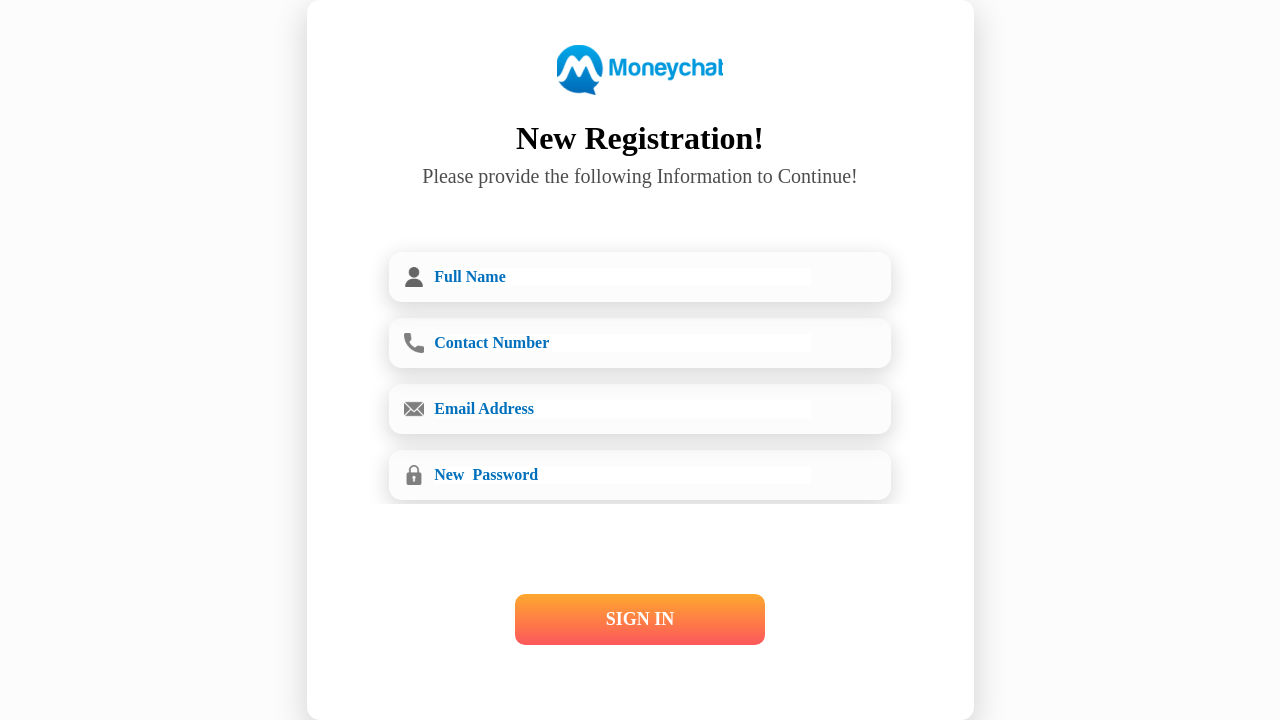
Repository: FlyweisReact/Money-Chat
Page: /register
An editor plug-in stored every save of this project. The page is shown before and after the next save, followed by the edit.
The browser window is 1280 px wide. The pictures show the whole page.
The project was rebuilt for these pictures with package versions that can differ from the ones it lists, and the page was loaded fresh each time. Also part of the build but not shown: src/forms/Login.jsx.

Above is the page before, as saved 2023-11-29 14:52:16.

### src/index.js
import React from "react";
import ReactDOM from "react-dom/client";
import "./index.css";
import App from "./App";
import { BrowserRouter } from "react-router-dom";
import 'bootstrap/dist/css/bootstrap.min.css'
// Commit Changes
const root = ReactDOM.createRoot(document.getElementById("root"));
root.render(
  <React.StrictMode>
    <BrowserRouter>
      <App />
    </BrowserRouter>
  </React.StrictMode>
);

### src/index.css
/** @format */

@tailwind base;
@tailwind components;
@tailwind utilities;

body {
  margin: 0;
  font-family: Quicksand !important;
  -webkit-font-smoothing: antialiased;
  -moz-osx-font-smoothing: grayscale;
}

code {
  font-family: Quicksand !important;
}

html {
  font-family: Quicksand !important;
}

::-webkit-scrollbar {
  width: 10px;
}
.fa-trash {
  color: red;
  cursor: pointer;
}

.iCOn {
  transition: 0.5s;
  box-shadow: none;
  transform: scale(1);
}
.cardDiv {
  cursor: pointer;
  width: 350px;
}
.CardDiv_Container {
  display: flex;
  flex-wrap: wrap;
  justify-content: center;
}

.cardDiv:hover .iCOn {
  box-shadow: rgba(0, 0, 0, 0.35) 0px 5px 15px;
  transform: scale(1.3);
}

/* Track */
::-webkit-scrollbar-track {
  background: #f1f1f1;
}

/* Handle */
::-webkit-scrollbar-thumb {
  background: #888;
}

/* Handle on hover */
::-webkit-scrollbar-thumb:hover {
  background: #555;
}
.profileImage {
  width: 100px;
}
.fa-eye {
  color: #029aff;
  cursor: pointer;
}
.fa-edit {
  cursor: pointer;
  color: blue;
}

.View {
  border: 1px solid black;
  width: 100%;
  padding: 10px;
}

.main-card--container {
  display: grid;
  grid-template-columns: repeat(3, minmax(300px, 500px));
  grid-gap: 50px;
  justify-content: space-around;
}
.card-container {
  margin: 25px 0 auto;
  box-shadow: rgba(0, 0, 0, 0.35) 0px 5px 15px;
  position: relative;
  display: grid;
  grid-template-columns: 1fr;
  justify-content: space-around;
  align-items: flex-start;
}

.myEdit:focus {
  box-shadow: rgba(0, 0, 0, 0.35) 0px 5px 15px;
}

.AstroLogin {
  color: #fff;
  background-color: #2b7a8e;
  padding: 10px;
  width: 380px;
  text-align: center;
  font-size: 20px;
  background: linear-gradient(to left, #2b7a8e 50%, #fff 50%) right;
  background-size: 200%;
  transition: 0.5s ease-out;
  border: 1px solid #2b7a8e;
  margin-top: 10px;
  text-transform: uppercase;
}
.AstroLogin:hover {
  background-position: left;
  color: #2b7a8e;
}

.EcommerceAdminLogin {
  color: #fff;
  background-color: #0c0c0c;
  padding: 10px;
  width: 380px;
  text-align: center;
  font-size: 20px;
  background: linear-gradient(to left, #0c0c0c 50%, #fff 50%) right;
  background-size: 200%;
  transition: 0.5s ease-out;
  border: 2px solid #0c0c0c;
  margin-top: 10px;
  text-transform: uppercase;
}

.EcommerceAdminLogin:hover {
  background-position: left;
  color: #0c0c0c;
  font-weight: bold;
}
.EcommerceVendorLogin {
  color: #fff;
  background-color: #576cbc;
  padding: 10px;
  width: 380px;
  text-align: center;
  font-size: 20px;
  background: linear-gradient(to left, #576cbc 50%, #fff 50%) right;
  background-size: 200%;
  transition: 0.5s ease-out;
  border: 1px solid #576cbc;
  margin-top: 10px;
  text-transform: uppercase;
}

.EcommerceVendorLogin:hover {
  background-position: left;
  color: #576cbc;
}

.view {
  background-color: #2196f3;
  color: #fff;
  width: 50%;
  padding: 5px;
}

.two-sec {
  display: flex;
  justify-content: space-evenly;
  justify-content: space-evenly;
}
.two-sec .left {
  width: 60%;
  background-color: #f6f1ef;
  padding: 20px;
}
.two-sec .left .head {
  font-size: 25px;
  font-weight: bold;
}

.two-sec .right {
  width: 30%;
  background-color: #f6f1ef;
}

.searchDiv {
  width: 100%;
  display: flex;
  gap: 10px;
  border: 1px solid rgb(179, 179, 179);
  padding: 10px;
  margin-bottom: 20px;
  align-items: center;
}
.searchDiv input {
  width: 94%;
  outline: none;
  border: none;
}

.flexCont {
  display: flex;
  align-items: center;
  gap: 10px;
}
.flexCont img {
  width: 60px;
  background-color: #e9ecef;
}

.blockContent {
  display: block;
}
.blockContent p {
  margin: 0;
}

.checkBox {
  width: 50px;
  height: 25px;
  background-color: #e9ecef;
  border-radius: 50px;
  position: relative;
  cursor: pointer;
}
.checkBox span {
  width: 20px;
  height: 20px;
  border-radius: 100%;
  background-color: #fff;
  position: absolute;
  left: 5px;
  top: 2px;
}
.ActivecheckBox {
  width: 50px;
  height: 25px;
  background-color: #0d6efd;
  border-radius: 50px;
  position: relative;
  cursor: pointer;
}
.ActivecheckBox span {
  width: 20px;
  height: 20px;
  border-radius: 100%;
  background-color: #fff;
  position: absolute;
  right: 5px;
  top: 2px;
}

.fa-eye {
  color: #0cba73;
  background-color: #d6f8e8;
  width: 35px;
  text-align: center;
  height: 35px;
  display: flex;
  border-radius: 100%;
  justify-content: center;
  padding-top: 10px;
  transition: 0.5s;
}

.fa-pen-to-square {
  color: #f4c39c;
  background-color: #ffebdb;
  width: 35px;
  text-align: center;
  height: 35px;
  display: flex;
  border-radius: 100%;
  justify-content: center;
  padding-top: 10px;
  cursor: pointer;
  transition: 0.5s;
}
.fa-trash {
  color: #df939f;
  background-color: #ffe1e8;
  width: 35px;
  text-align: center;
  height: 35px;
  display: flex;
  border-radius: 100%;
  justify-content: center;
  padding-top: 10px;
  cursor: pointer;
  transition: 0.5s;
}
.fa-trash:hover {
  transform: scale(1.2);
}
.fa-eye:hover {
  transform: scale(1.2);
}
.fa-pen-to-square:hover {
  transform: scale(1.2);
}
.required {
  color: #e74260;
}

.headP {
  /* font-weight: 600; */
  /* font-size: 25px; */
  color: #7b7c7d;
}
.filterBox {
  display: flex;
  align-items: center;
  gap: 10px;
  border-bottom: 1px solid #d4d7dc;
  padding-bottom: 20px;
  margin-bottom: 20px;
}
.filterBox img {
  width: 30px;
}
.filterBox input {
  width: 100%;
  border: 1px solid #d4d7dc;
  outline: none;
  padding: 5px;
  color: black;
  text-transform: capitalize;
}
.sectionCont {
  /* width: 98%; */
  background-color: #fff;
  /* margin-left: 2%; */
  padding: 20px;
}

.overFlowCont {
  width: 100%;
  overflow-x: auto;
}

.logo {
  width: 100px;
  margin-bottom: 20px;
}

.updateProfile {
  margin-left: 20px;
  border: 1px solid #fff;
  border-radius: 100%;
  font-size: 1.2rem;
  padding: 10px;
  transition: 0.5s;
  cursor: pointer;
}
.updateProfile:hover {
  border: 1px solid #19376d;
  color: #19376d;
  background-color: #fff;
}

.Normalbtn {
  background-color: #19376d !important;
  border: 1px solid #19376d !important;
  border-radius: 0px !important;
}

.ImageCarousel {
  width: 150px !important;
  margin: 0px !important;
  height: 150px !important;
}
.CarouselImages {
  width: 60px;
  height: auto;
}
.CarouselImages img {
  width: 100% !important;
  height: 100% !important;
}

.ModalCarousel {
  width: 100% !important;
  height: 500px !important;
}
.ModalCarousel {
  width: 100% !important;
  height: 500px !important;
}
.ModalCarousel img {
  width: 100% !important;
  height: 500px !important;
}

.gridCont {
  display: grid;
  grid-template-columns: auto auto auto;
  justify-content: space-evenly;
}
.gridCont div {
  width: 400px;
  height: 300px;
  box-shadow: rgba(0, 0, 0, 0.35) 0px 5px 15px;
  padding: 10px;
  position: relative;
  margin-top: 20px;
}
.gridCont div img {
  width: 100%;
}
.delete-Btn {
  width: 90%;
  margin-left: 2%;
  color: #c44b3f;
  border: 1px solid #c44b3f;
  position: absolute;
  bottom: 10px;
  transition: 0.5s;
  padding: 10px;
}

.delete-Btn:hover {
  background-color: #c44b3f;
  color: #fff;
}

.BannerCarousel {
  width: 300px;
  margin: 0px !important;
}
.BannerCarouselImage {
  width: 300px;
}
.BannerCarouselImage img {
  width: 100%;
}

.pagination {
  display: flex;
  justify-content: center;
  align-items: center;
  gap: 10px;
  margin-bottom: 20px;
}
.pagination button {
  border: 1px solid black;
  padding: 10px;
}

.activePage {
  background-color: #19376d;
  color: #fff;
  border: 1px solid #19376d !important;
}

.active {
  background-color: #fff;
  color: #19376d !important;
}
.prevBtn {
  background-color: #fff;
  color: #19376d;
  border: 1px solid #19376d !important;
  transition: 0.5s;
}

.prevBtn:hover,
.prevBtn:focus,
.prevBtn:active {
  background-color: #19376d;
  color: #fff;
  border: 1px solid #19376d !important;
}
.nextBtn {
  background-color: #fff;
  color: #19376d;
  border: 1px solid #19376d !important;
  transition: 0.5s;
}

.nextBtn:hover,
.nextBtn:focus,
.nextBtn:active {
  background-color: #19376d;
  color: #fff;
  border: 1px solid #19376d !important;
}

.dangerBox {
  position: relative;
}
.dangerBox i {
  position: absolute;
  top: 50%;
  left: 90%;
  transform: translate(-50%, -50%);
  cursor: pointer;
}

.centerImage {
  max-width: 300px;
}
.img-cont {
  display: flex;
  gap: 40px;
  /* justify-content: center; */
  align-items: center;
}

/* ============== user data styling =========*/

.ud2 {
  display: flex;
  justify-content: space-between;
  margin-top: 20px;
}
.ud3 {
  width: 49%;
}
.ud4 {
  width: 49%;
}

.ud4 button {
  background: #c44b3f;
  width: 50%;
  height: 40px;
  border-radius: 4px;
  border: none;
  color: #fff;
}

/* ============ single order styling ================*/

#pdfGen {
  margin: 20px;
}
#pdfGen .Heading-Container {
  display: flex;
  align-items: center;
}
#pdfGen .Heading-Container img {
  width: 100px;
}
#pdfGen .Heading-Container .content {
  width: 80%;
  text-align: center;
}
#pdfGen .Heading-Container .content h2 {
  margin: 0;
  font-weight: bold;
  font-size: 25px;
}
#pdfGen .Heading-Container .content p {
  margin: 0;
  font-size: 14px;
  font-weight: 600;
  color: #a8a1a1;
}

.two-cont {
  display: flex;
  justify-content: space-between;
  padding-top: 10px;
  gap: 20px;
}
.two-cont p {
  margin: 0;
}
.two-cont .left {
  width: 40%;
}
.two-cont .left h6 {
  font-size: 14px;
  font-weight: bold;
}
.two-cont .left .box {
  border: 2px solid black;
  width: 100%;
  padding: 8px;
}
.two-cont .left .box p {
  font-size: 15px;
}
.two-cont .left .box .strong {
  font-weight: bold;
}
.two-cont .left .box p {
  font-weight: 600;
}
.two-cont .right {
  width: 60%;
  border: 2px solid black;
  padding: 10px;
}
.two-cont .right table {
  width: 100%;
  table-layout: fixed;
}
.two-cont .right td {
  font-weight: 900 !important;
  padding: 5px;
}
.bordererd {
  border-right: 2px solid black;
}
#pdfGen .empty {
  background-color: #000;
  height: 2px;
  margin-top: 20px;
}

#pdfGen {
  min-height: 100vh;
  display: flex;
  justify-content: space-between;
  flex-direction: column;
}

#pdfGen .Table {
  width: 100%;
  margin-top: 20px;
}
#pdfGen .Table tbody tr {
  border: 1px solid black;
}
#pdfGen .Table tbody tr td {
  padding: 5px;
  padding-bottom: 10px;
}

#pdfGen .Main_Table {
  display: flex;
  justify-content: flex-end;
  align-items: center;
  padding-top: 10px;
  gap: 50px;
  align-items: center;
}
#pdfGen .Main_Table p {
  font-weight: 900;
}

#pdfGen .below_Div .four-sec {
  display: flex;
  justify-content: space-evenly;
  border-top: 2px solid black;
  border-bottom: 2px solid black;
  padding: 4px;
}
#pdfGen .below_Div .four-sec p {
  margin: 0;
  font-size: 13px;
  text-align: center;
}
#pdfGen .below_Div .four-sec .stronger {
  font-weight: bold;
}

#pdfGen .below_Div .big_Head {
  font-size: 25px;
  background-color: #85827b;
  text-align: center;
  font-weight: bold;
  color: #fff;
  padding: 0;
  margin: 0;
  padding-bottom: 10px;
}
#pdfGen .below_Div .text-cont p {
  margin: 0;
  font-weight: 700;
  font-size: 14px;
  color: #85827b;
}
#pdfGen .below_Div .text-cont {
  text-align: center;
}
#pdfGen .below_Div .text-cont h5 {
  margin: 0;
  font-weight: 900;
}

.so2 {
  width: 100%;
}

.so4 {
  display: flex;
  justify-content: space-between;
}
.so4 p {
  margin: 0;
}

.searchByDate {
  display: flex;
  align-items: center;
  gap: 10px;
  border-bottom: 1px solid #d4d7dc;
  padding-bottom: 20px;
  margin-bottom: 20px;
  flex-wrap: wrap;
  justify-content: space-between;
}
.searchByDate div {
  width: 45%;
  display: flex;
  gap: 20px;
  align-items: center;
}
.searchByDate input {
  border: 1px solid #d4d7dc;
  width: 80%;
  padding: 10px;
  outline: none;
}

.so5 {
  margin-top: 20px;
  width: 98;
  margin-left: 1%;
}

.so5 table {
  width: 100%;
}
.so5 table th,
td {
  font-size: 13px;
  font-weight: 600;
}
.so6 {
  margin-top: 40px;
  margin-left: 65%;
  width: 30%;
}

.so7 {
  display: flex;
  justify-content: space-between;
  width: 80%;
}
.so7 p {
  margin: 0;
}

.downloadBtn {
  background: #0cba73;
  height: 40px;
  color: #fff;
  border-radius: 4px;
  padding: 10px;
}

.Info_Box p {
  margin: 0;
}
.Info_Box .title {
  margin-bottom: 5px;
  font-size: 20px;
  font-weight: 700;
}
.Info_Box .desc {
  border: 1px solid #ced4da;
  padding: 10px;
  border-radius: 5px;
}

.Desc-Container p.title {
  margin-bottom: 0.5rem;
}
.Desc-Container p.desc {
  display: block;
  width: 100%;
  padding: 0.375rem 0.75rem;
  font-size: 1rem;
  font-weight: 400;
  line-height: 1.5;
  color: #212529;
  border: 1px solid #ced4da;
  border-radius: 0.375rem;
  background-color: #e9ecef;
  overflow-wrap: anywhere;
}

.Schedule_Enquiry_Modal {
  background-color: rgb(10, 72, 173);
  color: #fff;
}
.Schedule_Enquiry_Modal .close_btn {
  display: flex;
  justify-content: space-between;
  align-items: center;
}
.Schedule_Enquiry_Modal .close_btn h4 {
  margin: 0;
}
.Schedule_Enquiry_Modal .close_btn i {
  font-size: 20px;
  cursor: pointer;
}

.searchByDate select {
  border: 1px solid #d4d7dc;
  padding: 10px;
  outline: none;
}

/*Chat  */
.chat {
  display: flex;
  gap: 40px;
  align-items: flex-start;
}
.chat .sidebar {
  flex: 0 0 30%;
  max-width: 30%;
  border: 1px solid #ddd;
}
.chat .menu-list .container {
  display: flex;
  gap: 10px;
  align-items: center;
  cursor: pointer;
  border-top: 1px solid #ddd;
  height: 72px;
}
.chat .menu-list .container:hover {
  background-color: #f0f2f5;
}
.chat .menu-list .container.active {
  background-color: #f0f2f5;
}
.chat .menu-list .container:first-child {
  border: none;
}
.chat .menu-list .container img {
  width: 49px;
  height: 49px;
  border-radius: 100%;
  vertical-align: middle;
}
.chat .menu-list .container p {
  font-size: 20px;
  font-weight: 700;
  margin: 0;
  padding-right: 15px;
}

.chat .content {
  flex: 70%;
  max-width: 70%;
}
.chat .chat-box {
  border: 1px solid #ddd;
  padding: 20px;
}
.chat .chat-box .ttt {
  max-height: 500px;
  overflow-y: scroll;
  padding: 20px;
}
.chat .chat-box .img-container {
  display: flex;
  gap: 10px;
  align-items: center;
  cursor: pointer;
  margin-top: 10px;
}
.chat .chat-box .img-container img {
  width: 30px;
  height: 30px;
  border-radius: 100%;
  vertical-align: middle;
}
.chat .chat-box .img-container span {
  font-size: 12px;
  font-weight: 700;
  margin: 0;
}
.chat .chat-box .img-container span .date {
  margin-left: 10px;
}

.chat .chat-box .text {
  font-size: 16px;
  margin: 0;
  padding-top: 10px;
  width: 100%;
}

.chat .chat-box .right {
  display: flex;
  flex-direction: column;
  gap: 5px;
  text-align: right;
}
.chat .chat-box .right .img-container {
  flex-direction: row-reverse;
}

.chat .chat-box .send_button {
  display: flex;
  gap: 20px;
  align-items: center;
  margin-top: 20px;
}

.chat .chat-box .send_button button {
  width: 150px;
  background-color: #1a949f;
  padding: 10px;
  color: #fff;
}
.chat .chat-box .send_button input {
  width: 100%;
  outline: none;
  border: 1px solid #000;
  padding: 10px;
  border-radius: 5px;
}

/* New Code */
.Login_screen {
  background: linear-gradient(
      0deg,
      rgba(238, 238, 238, 0.2) 0%,
      rgba(238, 238, 238, 0.2) 100%
    ),
    #fff;
  display: flex;
  flex-direction: column;
  justify-content: center;
  align-items: center;
  width: 100%;
  height: 100vh;
}
.Login_screen .Login_Container {
  max-width: 667px;
  max-height: 785px;
  width: 100%;
  height: 100%;
  border-radius: 13px;
  background: #fff;
  box-shadow: 0px 10px 30px 3px rgba(0, 0, 0, 0.15);
  padding: 20px;
  padding-bottom: 50px;
  display: flex;
  flex-direction: column;
  justify-content: center;
}
.Login_screen .Login_Container .logo {
  display: block;
  margin: auto;
  width: 166px;
}
.Login_screen .Login_Container .description h6 {
  color: #000;
  text-align: center;
  font-size: 32px;
  font-style: normal;
  font-weight: 700;
  line-height: normal;
}

.Login_screen .Login_Container .description p {
  color: rgba(0, 0, 0, 0.7);
  text-align: center;
  font-size: 20px;
  font-style: normal;
  font-weight: 400;
  line-height: normal;
}

.Login_Container .input_container{
  margin-bottom: 50px;
  max-height: 300px;
  overflow-y: scroll;
}
.Login_Container .input_group {
  display: flex;
  gap: 10px;
  align-items: center;
  border-radius: 13px;
  background: rgba(238, 238, 238, 0.2);
  box-shadow: 0px 6px 20px 2px rgba(0, 0, 0, 0.15);
  padding: 15px;
  width: 80%;
  margin: auto;
}
.Login_Container .input_group img {
  width: 20px;
}
.Login_Container .input_group input {
  outline: none;
  border: none;
  color: #0070bc;
  font-size: 16px;
  font-style: normal;
  font-weight: 500;
  line-height: normal;
  font-weight: 600;
  width: 80%;
}
.Login_Container .input_group input::placeholder {
  color: #0070bc;
  font-weight: 600;
}

.Login_Container .login_btn {
  max-width: 250px;
  width: 100%;
  display: block;
  margin: auto;
  margin-top: 40px;
  color: #fff;
  text-align: center;
  font-size: 18px;
  font-style: normal;
  font-weight: 600;
  line-height: normal;
  border-radius: 10px;
  background: linear-gradient(180deg, #fea82f 0%, #fd575b 100%);
  padding: 15px;
}

.Login_Container .create_new {
  display: flex;
  justify-content: center;
  gap: 20px;
  align-items: center;
  margin-top: 50px;
}

.Login_Container .create_new .item {
  display: flex;
  gap: 10px;
  align-items: center;
  width: 300px;
  justify-content: center;
}
.Login_Container .create_new .item img {
  width: 20px;
}
.Login_Container .create_new .item span {
  color: rgba(0, 0, 0, 0.7);
  text-align: center;
  font-size: 16px;
  font-style: normal;
  font-weight: 600;
  line-height: normal;
}

.Login_Container .create_new .item:first-child {
  border-right: 2px solid #000;
  padding-right: 10px;
}

.Login_Container a{
  text-decoration: none;
}

### src/App.js
/** @format */

import { Routes, Route } from "react-router-dom";
import { ToastContainer } from "react-toastify";
import "react-toastify/dist/ReactToastify.css";
import Login from "./forms/Login";
import Regestration from "./forms/Regestration";

function App() {
  return (
    <>
      <ToastContainer
        autoClose={5000}
        hideProgressBar={false}
        newestOnTop={false}
        closeOnClick
        rtl={false}
        pauseOnFocusLoss
        draggable
        pauseOnHover
      />

      <Routes>
        <Route path="/" element={<Login />} />
        <Route path="/register" element={<Regestration />} />
      </Routes>
    </>
  );
}

export default App;

### src/forms/Regestration.js
/** @format */

import { Link } from "react-router-dom";
import logo from "../Images/logo.png";

const Regestration = () => {
  return (
    <div className="Login_screen">
      <form className="Login_Container ">
        <img src={logo} alt="" className="logo" />

        <div className="description">
          <h6>New Registration! </h6>
          <p>Please provide the following Information to Continue!</p>
        </div>

        <div className="input_container">
          <div className="input_group mt-5">
            <img src="./Image/1.png" alt="" />
            <input type="text" placeholder="Full Name" />
          </div>
          <div className="input_group mt-3">
            <img src="./Image/5.png" alt="" />
            <input type="text" placeholder="Contact Number" />
          </div>
          <div className="input_group mt-3">
            <img src="./Image/6.png" alt="" />
            <input type="text" placeholder="Email Address" />
          </div>
          <div className="input_group mt-3">
            <img src="./Image/7.png" alt="" />
            <input type="text" placeholder="New  Password" />
          </div>
          <div className="input_group mt-3">
            <img src="./Image/8.png" alt="" />
            <input type="text" placeholder="Re - Enter Password" />
          </div>
        </div>

        <button className="login_btn">SIGN IN</button>
      </form>
    </div>
  );
};

export default Regestration;

Loaded but not shown: tailwind.config.js (common file)

After the next save:
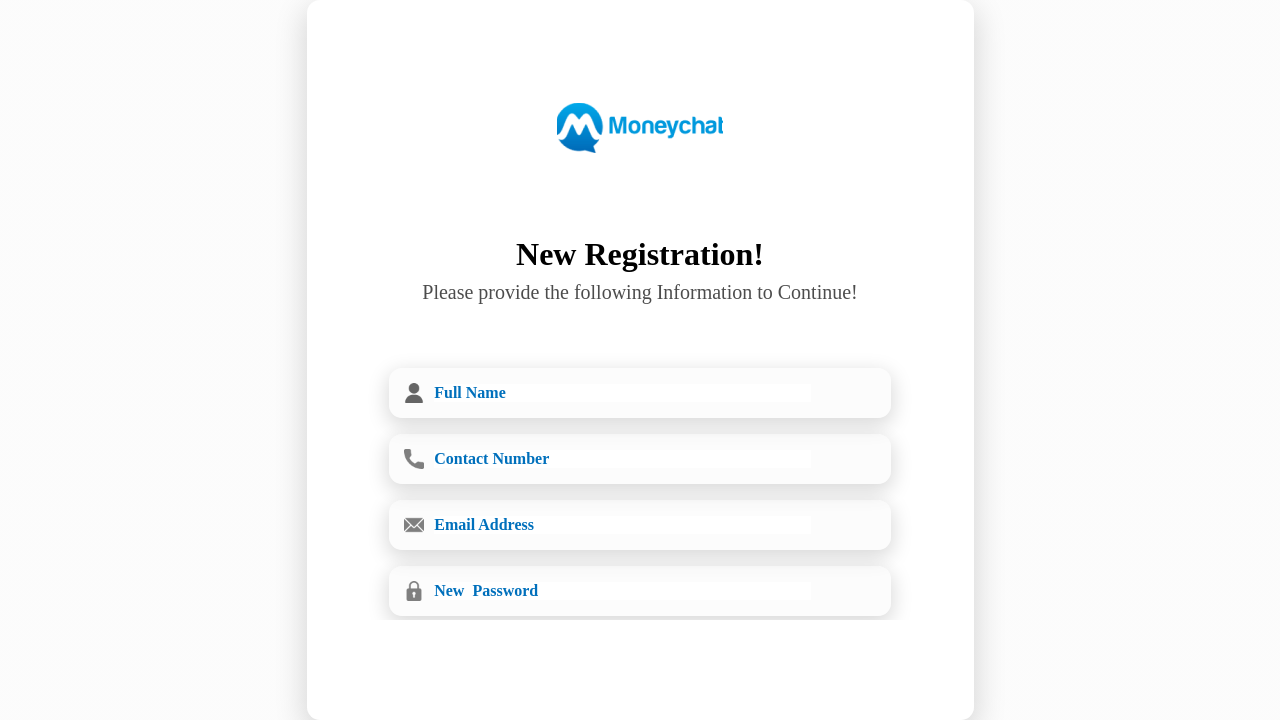
Saved 22 s later.
--- a/src/forms/Regestration.js
+++ b/src/forms/Regestration.js
@@ -37,7 +37,6 @@
           </div>
         </div>
 
-        <button className="login_btn">SIGN IN</button>
       </form>
     </div>
   );
